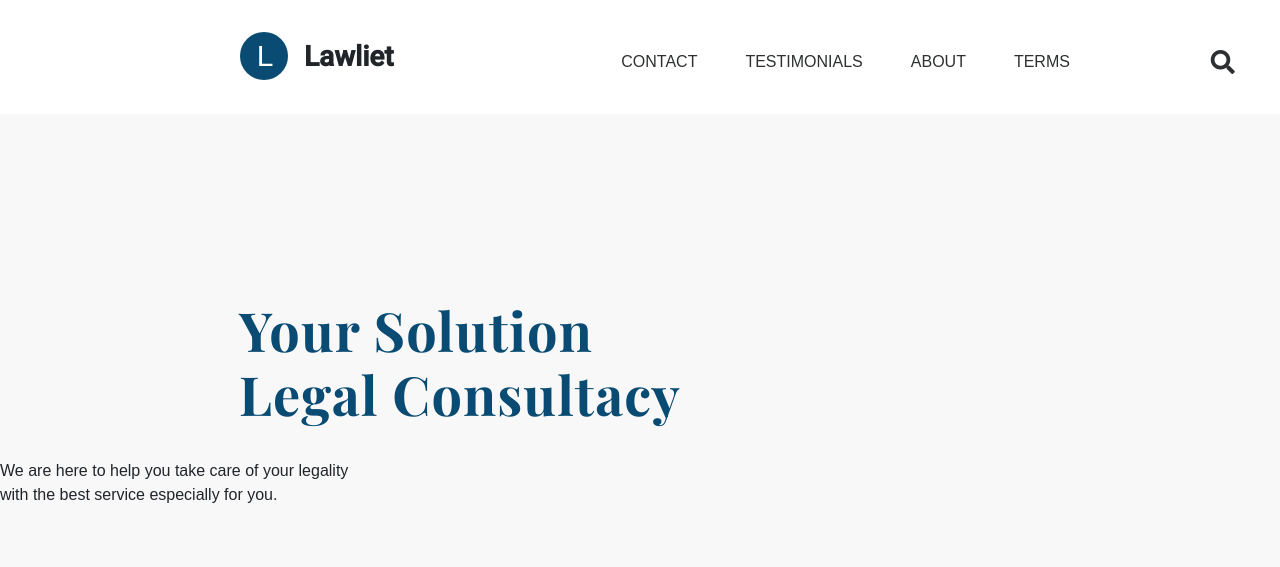
Repository: SAYYODTURINALIYEV/amaliy
Page: index.html
The author's editor kept a copy of each file at every save. The page is drawn from the files as they stood at one save, then again after a run of saves.
The browser window is 1280 px wide. The pictures show the whole page.

Above is the page before, as saved 2022-05-20 10:08:28.

After the next 2 saves:
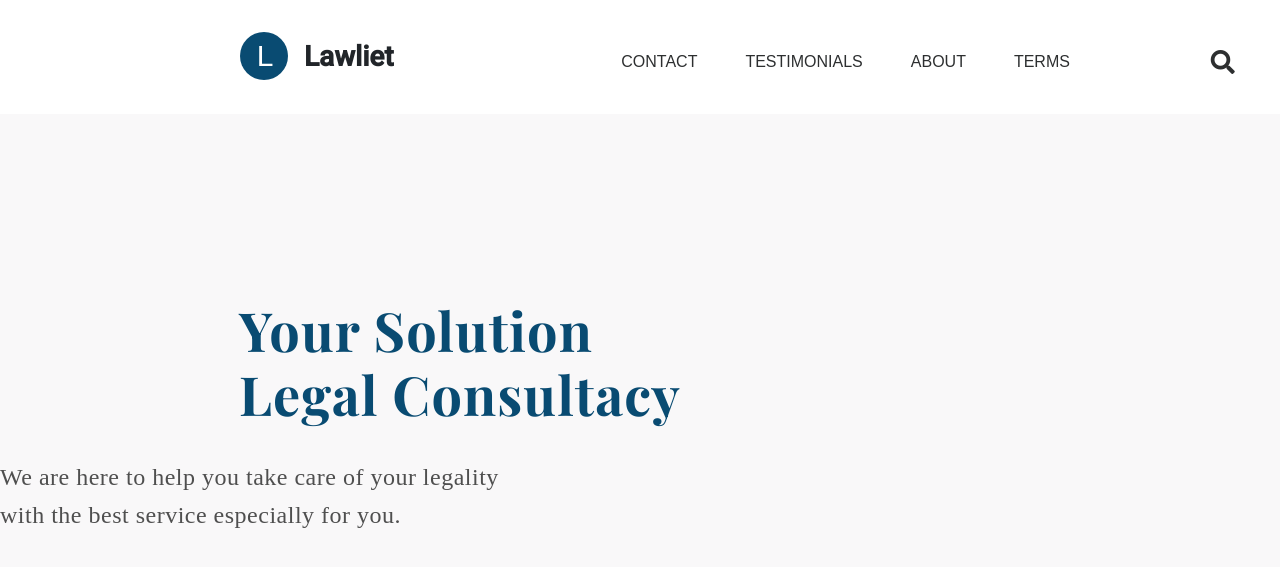
The 2 saves are shown as one change because they came seconds apart.
The last was saved 43 s later.
--- a/styles/style.css
+++ b/styles/style.css
@@ -86,3 +86,15 @@
     margin-left: 239px;
     margin-top: 10rem;
 }
+
+#header_top_p {
+    font-family: 'Plus Jakarta Sans';
+    font-style: normal;
+    font-weight: 500;
+    font-size: 24px;
+    line-height: 158%;
+    display: flex;
+    align-items: center;
+    letter-spacing: 0.5px;
+    color: #4F4F4F;
+}
